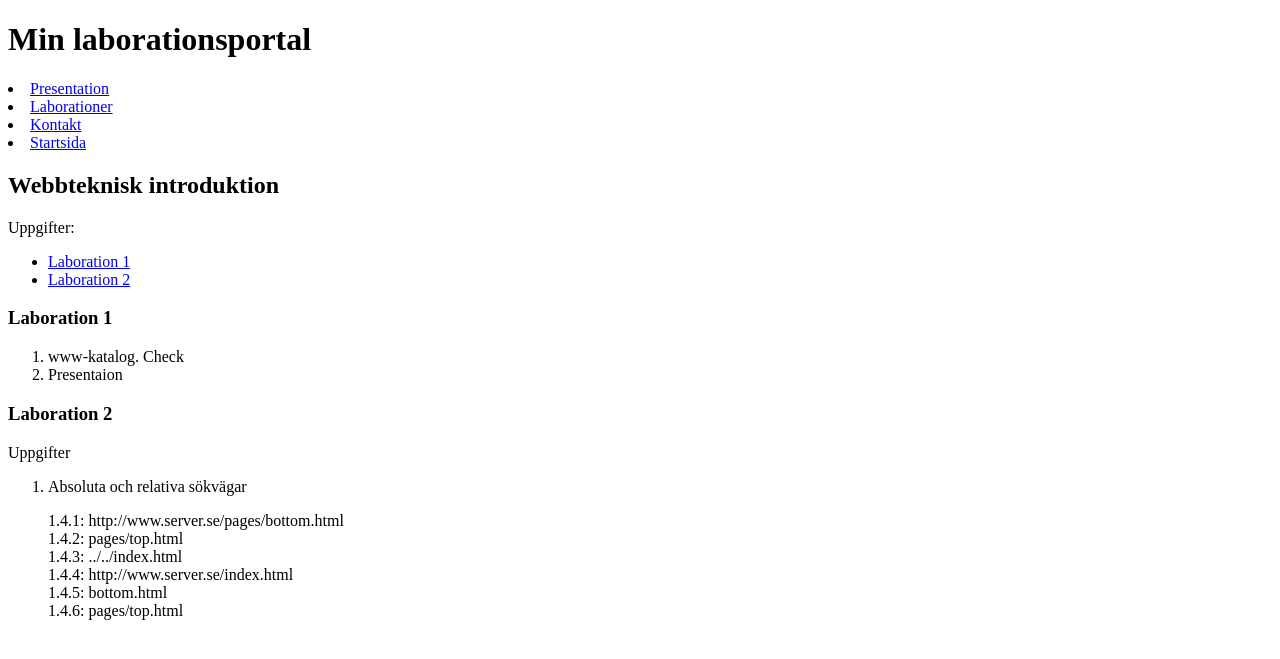
Repository: ac222jv/1IK415-Laborationer
Page: Pages/Laborationer.html
The author's editor kept a record of every edit. The page is drawn from the files as they stood at one moment, then again after the next edit.
The browser window is 1280 px wide. The pictures show the whole page.

Above is the page before.

After the next edit:
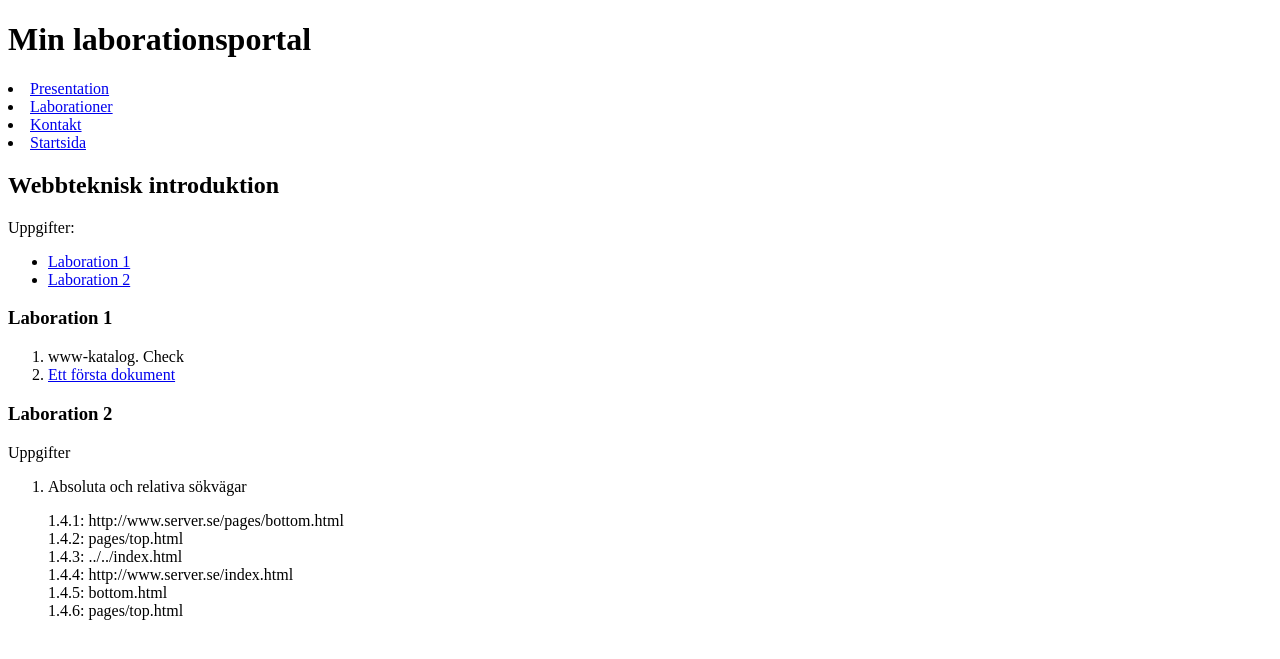
The edit:
--- a/Pages/Laborationer.html
+++ b/Pages/Laborationer.html
@@ -51,7 +51,9 @@
 
     <ol>
         <li>www-katalog. Check</li>
-        <li>Presentaion</li>
+        <li>
+        <a href="Presentation.html"> Ett första dokument </a>
+        </li>
 
 
 
